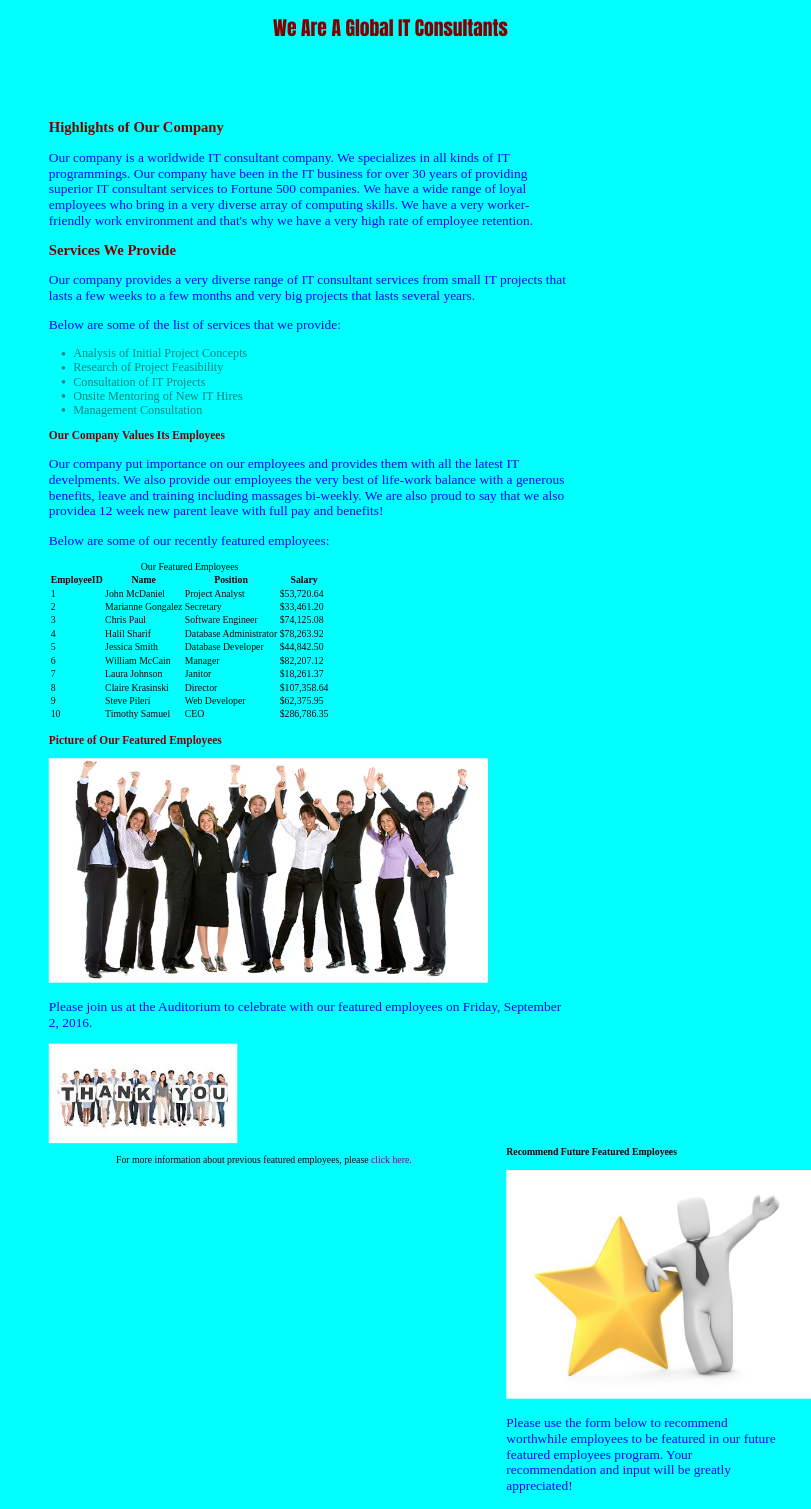
Repository: myjavaweb2/Week5JDBCAssignments
Page: myweek4project/src/main/webapp/index.html
These files come from the project's save history. The page is drawn as it stood at one moment and after the next save; the edit follows.
The browser window is 1280 px wide. The page is 1330 px wide, then 1280 px, so the pictures cover 1330 px, including what lies to the right of the window. The pictures show the whole page, at 61% of full size.

Above is the page before, as saved 2016-08-26 17:48:45.

After the next save:
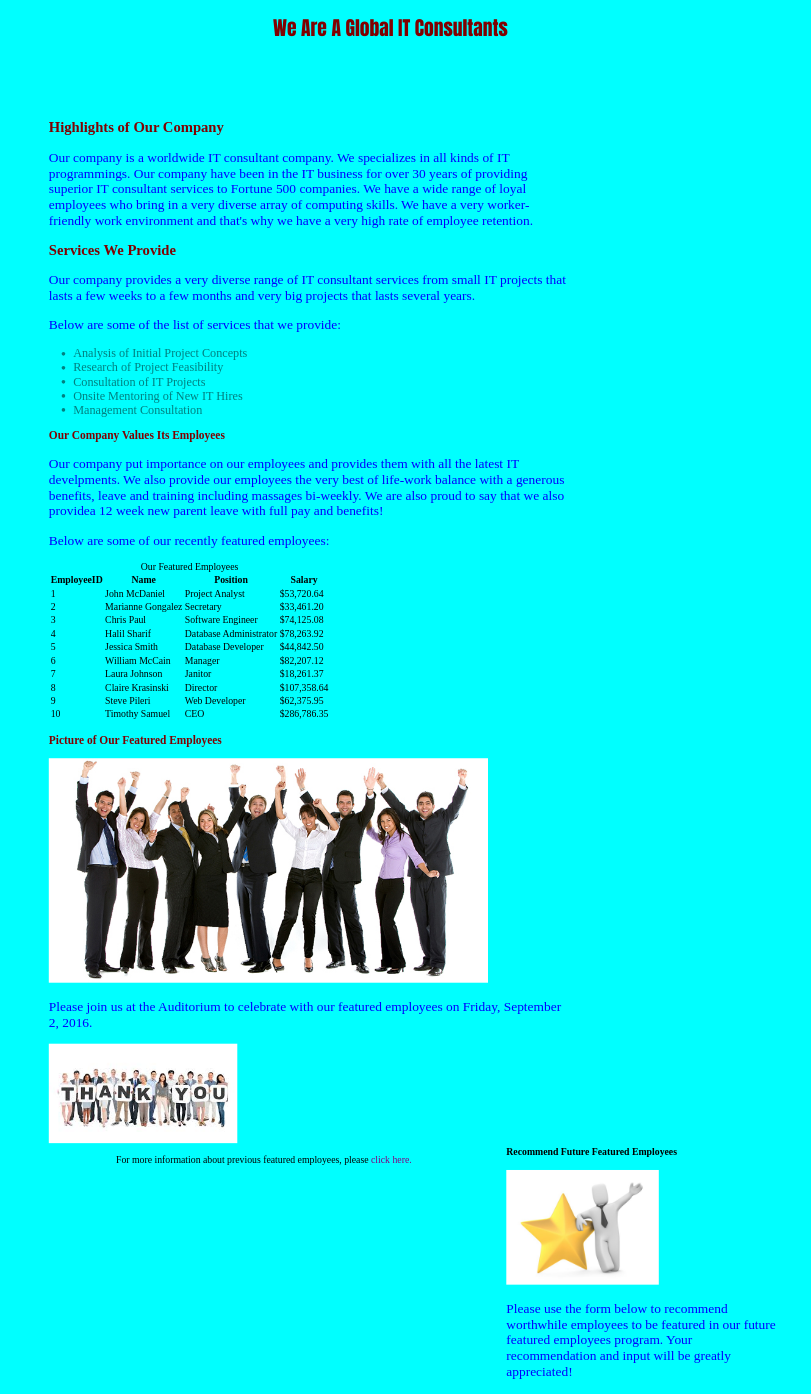
Saved 30 s later.
--- a/myweek4project/src/main/webapp/index.html
+++ b/myweek4project/src/main/webapp/index.html
@@ -134,7 +134,7 @@ on Friday, September 2, 2016.</p>
 <aside>
 <h4>Recommend Future Featured Employees</h4>
 
-<img alt="Employee Pride" src="images/employee_pride.jpg" width="500px">
+<img alt="Employee Pride" src="images/employee_pride.jpg" width="250px">
 
 <p>Please use the form below to recommend worthwhile employees to be featured
 in our future featured employees program. Your recommendation and input will
